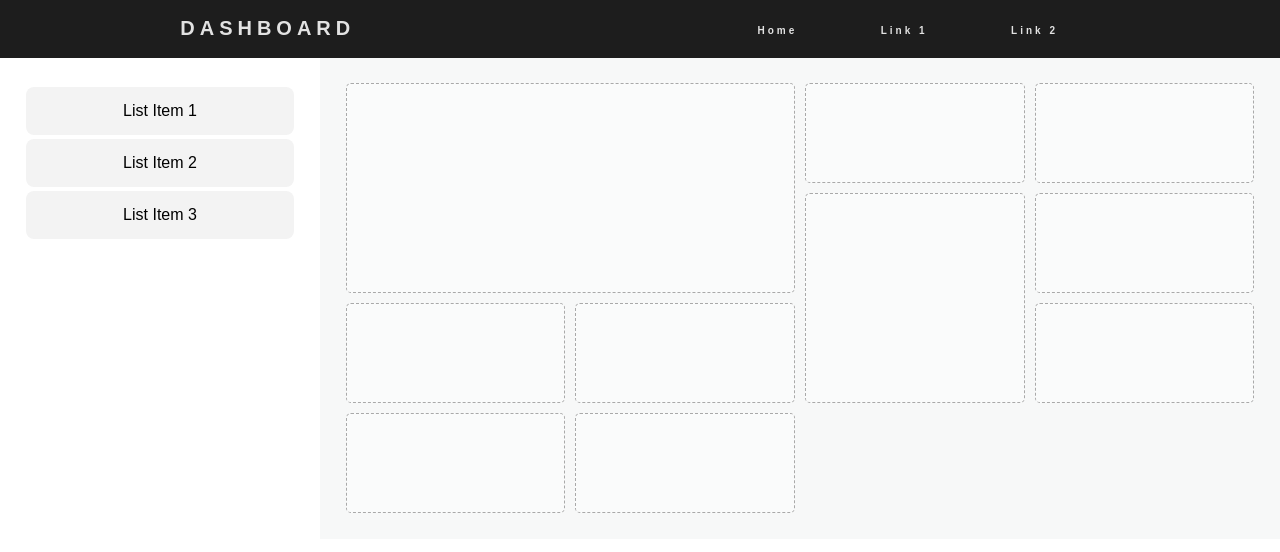
Repository: nourabdelhakam/drag-drop
Page: index.html
The author's editor kept a copy of each file at every save. The page is drawn from the files as they stood at one save, then again after the next save.
The browser window is 1280 px wide. The pictures show the whole page.

Above is the page before, as saved 2020-07-03 11:21:38.

### index.html
<!DOCTYPE html>
<html lang="en">
<head>
    <meta charset="UTF-8">
    <meta name="viewport" content="width=device-width, initial-scale=1.0">
    <meta http-equiv="X-UA-Compatible" content="ie=edge">
    <title>Drag & Drop</title>
    <link rel="stylesheet" href="nav/nav.css">
    <link rel="stylesheet" href="css/main.css">
</head>
<body>

    <!-- <nav> -->
        <nav>
            <div class="logo">
                <h4>Dashboard</h4>
            </div>
            <ul class="nav-links">
                <li><a href="">Home</a></li>
                <li><a href="">Link 1</a></li>
                <li><a href="">Link 2</a></li>
            </ul>
            <div class="burger">
                <div class="line1"></div>
                <div class="line2"></div>
                <div class="line3"></div>
            </div>
        </nav>
      <!-- </nav> end of nav -->

      <section>
                <div class="left">
                    <div class="list">
                        <div class="list-item" draggable="true">List Item 1</div>
                        <div class="list-item" draggable="true">List Item 2</div>
                        <div class="list-item" draggable="true">List Item 3</div>
                    </div>
                  </div>
                  <div class="right">
                      <div class="wrapper">
                        <div class="list"></div>
                        <div class="list"></div>
                        <div class="list"></div>
                        <div class="list"></div>
                        <div class="list"></div>
                        <div class="list"></div>
                        <div class="list"></div>
                        <div class="list"></div>
                        <div class="list"></div>
                        <div class="list"></div>
                      </div>
                  </div>
      </section>

    <script src="main.js" type="text/javascript"></script>
    <script src="nav/nav.js" type="text/javascript"></script>
</body>
</html>

### nav/nav.css
nav {
    display: flex;
    justify-content: space-around;
    align-items: center;
    min-height: 8vh;
    background-color: #1D1D1D;
    font-family: "Poppins", sans-serif;
}
.logo {
    color: rgb(226, 226, 226);
    text-transform: uppercase;
    letter-spacing: 5px;
    font-size: 20px;
}
.nav-links {
    display: flex;
    justify-content: space-around;
    width: 30%;
}
.nav-links li {
    list-style: none;
}
.nav-links a {
    color: rgb(226, 226, 226);
    text-decoration: none;
    letter-spacing: 3px;
    font-weight: bold;
    font-size: 10px;
}
.burger {
    display: none;
    cursor: pointer;
}
.burger div {
    width: 25px;
    height: 3px;
    background-color: rgb(226, 226, 226);
    margin: 5px;
    transition: all 0.3s ease;
}


@media screen and (max-width:1024px) {
    .nav-links {
        width: 60%;
    }
}

@media screen and (max-width:768px) {

    body {
        overflow-x: hidden;
    }
    .nav-links {
        position: absolute;
        right: 0px;
        height: 92vh;
        top: 8vh;
        background-color: #1D1D1D;
        display: flex;
        flex-direction: column;
        align-items: center;
        width: 50%;
        transform: translatex(100%);
        transition: transform 0.5s ease-in;
    }
    .nav-links li {
        opacity: 0;
    }
    .burger {
        display: block;
    }
}

.nav-active {
    transform: translatex(0%);
}

@keyframes navLinkFade {
    from {
        opacity: 0;
        transform: translatex(50%);
    }
    to {
        opacity: 1;
        transform: translatex(0%);
    }
}

.toggle .line1 {
    transform: rotate(-45deg) translate(-5px, 6px);
}
.toggle .line2 {
    opacity: 0;
}
.toggle .line3 {
    transform: rotate(45deg) translate(-5px, -6px);
}

.landing {
    height: 90vh;
    display: flex;
    justify-content: center;
    align-items: center;
}
.landing h1 {
    margin: 100px;
    font-size: 50px;
    color: #ae5fce;
}

### css/main.css
* {
    margin: 0;
    padding: 0;
    box-sizing: border-box;
}
body {
    font-family: Arial, Helvetica, sans-serif;
}
.left {
    width: 25%;
    height: 100%;
    float: left;
    padding: 2%;
}
.right {
    width: 75%;
    height: 100%;
    float: left;
    padding: 2%;
    background-color: #F7F8F8;
}
/* .list {
    width: 100%;
    min-width: 250px;
    max-width: 350px;
    height: 100%;
    min-height: 150px;

    margin: 0 15px;
    padding: 8px;
    transition: all 0.2s linear;
} */
.list-item {
    background-color: #F3F3F3;
    border-radius: 8px;
    padding: 15px 20px;
    text-align: center;
    margin: 4px 0;
}
/*

.lists .list {
    display: flex;
    flex-flow: column;
    flex: 1;

    width: 100%;
    min-width: 250px;
    max-width: 350px;
    height: 100%;
    min-height: 150px;

    background-color: rgba(0, 0, 0, 0.1);
    margin: 0 15px;
    padding: 8px;
    transition: all 0.2s linear;
}
 */



.wrapper > div {
    border: 1px dashed darkgrey;
    border-radius: 5px;
    background-color: #FAFBFB;
    padding: 1em;
}
.wrapper {
  display: grid;
  grid-template-columns: repeat(4, 1fr);
  grid-auto-rows: 100px;
  grid-gap: 10px;
}
 .wrapper div:nth-child(2) {
   grid-column: 3;
   grid-row: 2 / 4;
}
 .wrapper div:nth-child(5) {
   grid-column: 1 / 3;
   grid-row: 1 / 3;
}

### main.js
const list_items = document.querySelectorAll('.list-item');
const lists = document.querySelectorAll('.list');

let draggedItem = null;

for (let i = 0; i < list_items.length; i++) {
	const item = list_items[i];

	item.addEventListener('dragstart', function () {
		draggedItem = item;
		setTimeout(function () {
			item.style.display = 'none';
		}, 0)
	});

	item.addEventListener('dragend', function () {
		setTimeout(function () {
			draggedItem.style.display = 'block';
			draggedItem = null;
		}, 0);
	})

	for (let j = 0; j < lists.length; j ++) {
		const list = lists[j];

		list.addEventListener('dragover', function (e) {
			e.preventDefault();
		});

		list.addEventListener('dragenter', function (e) {
			e.preventDefault();
			this.style.backgroundColor = '#F9FDFF';
		});

		list.addEventListener('dragleave', function (e) {
			this.style.backgroundColor = 'rgba(0, 0, 0, 0.1)';
		});

		list.addEventListener('drop', function (e) {
			console.log('drop');
			this.append(draggedItem);
			this.style.backgroundColor = 'rgba(0, 0, 0, 0.1)';
		});
	}
}

### nav/nav.js
const navSlide = () => {
    const burger = document.querySelector('.burger');
    const nav = document.querySelector('.nav-links');
    const navLinks = document.querySelectorAll('.nav-links li');


    burger.addEventListener('click', () => {

        //Toggle Nav
        nav.classList.toggle('nav-active');

        //Animate Links
        navLinks.forEach((link, index) => {

            if (link.style.animation) {
                link.style.animation = '';
            } else {
                link.style.animation = `navLinkFade 0.5s ease forwards ${index / 7 + 0.3}s`;
            }

        });

        //Burger Animation
        burger.classList.toggle('toggle');
    });

}

navSlide();

After the next save:
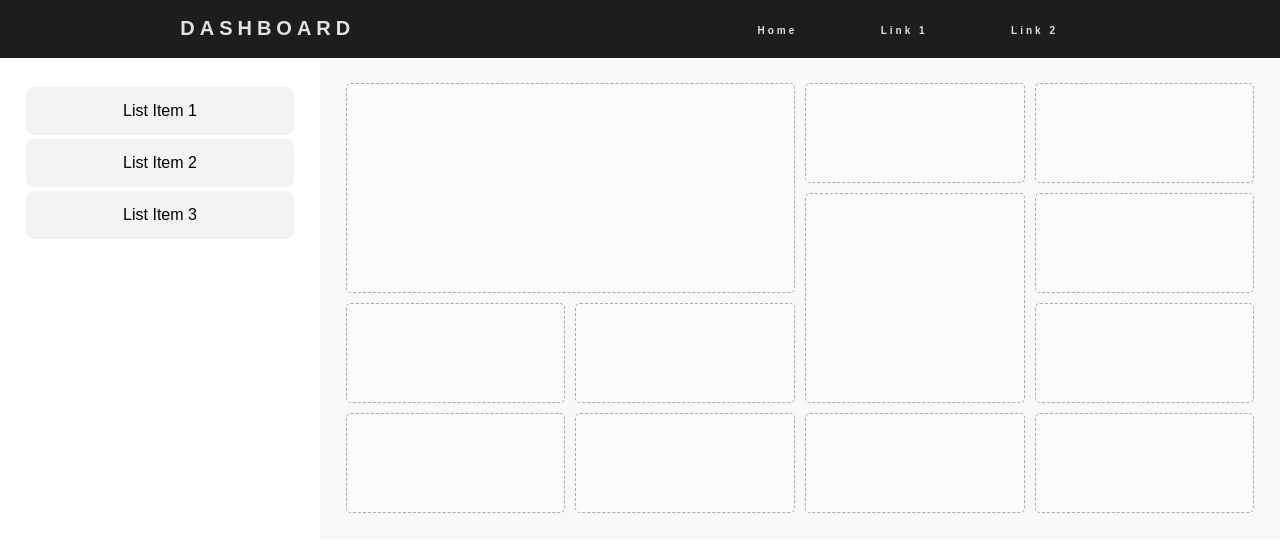
Saved 71 s later.
--- a/index.html
+++ b/index.html
@@ -48,6 +48,8 @@
                         <div class="list"></div>
                         <div class="list"></div>
                         <div class="list"></div>
+                        <div class="list"></div>
+                        <div class="list"></div>
                       </div>
                   </div>
       </section>
